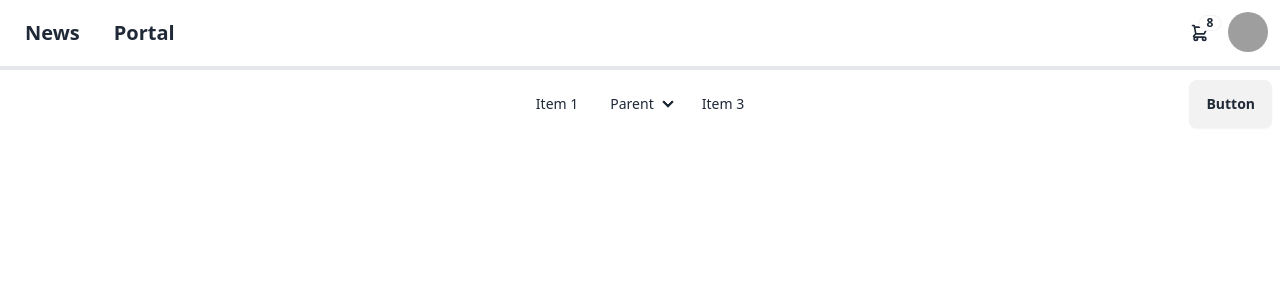
Repository: RudrasahaDibos/news-portal
Page: index.html
These files come from the project's save history. The page is drawn as it stood at one moment and after the next save; the edit follows.
The browser window is 1280 px wide. The pictures show the whole page.
Pictures or frames that could not be fetched are drawn as grey boxes. Some web libraries are served in a nearby version.

Above is the page before, as saved 2024-11-23 14:57:51.

### index.html
<!DOCTYPE html>
<html lang="en">
<head>
    <meta charset="UTF-8">
    <meta name="viewport" content="width=device-width, initial-scale=1.0">
    <title>news_portals</title>
    <!-- tailwinds  -->
    <link href="https://cdn.jsdelivr.net/npm/daisyui@4.12.14/dist/full.min.css" rel="stylesheet" type="text/css" />
    <script src="https://cdn.tailwindcss.com"></script>

</head>
<body class="container mx-auto ">
    <!-- header starts here -->
        <header>
                   <!-- navbar start here -->
                   <div class="navbar bg-base-100 border-b-4">
                    <div class="flex-1">
                      <a class="btn btn-ghost text-xl">News</a>
                      <a class="btn btn-ghost text-xl">Portal</a>
                    </div>
                    <div class="flex-none">
                      <div class="dropdown dropdown-end">
                        <div tabindex="0" role="button" class="btn btn-ghost btn-circle">
                          <div class="indicator">
                            <svg
                              xmlns="http://www.w3.org/2000/svg"
                              class="h-5 w-5"
                              fill="none"
                              viewBox="0 0 24 24"
                              stroke="currentColor">
                              <path
                                stroke-linecap="round"
                                stroke-linejoin="round"
                                stroke-width="2"
                                d="M3 3h2l.4 2M7 13h10l4-8H5.4M7 13L5.4 5M7 13l-2.293 2.293c-.63.63-.184 1.707.707 1.707H17m0 0a2 2 0 100 4 2 2 0 000-4zm-8 2a2 2 0 11-4 0 2 2 0 014 0z" />
                            </svg>
                            <span class="badge badge-sm indicator-item">8</span>
                          </div>
                        </div>
                        <div
                          tabindex="0"
                          class="card card-compact dropdown-content bg-base-100 z-[1] mt-3 w-52 shadow">
                          <div class="card-body">
                            <span class="text-lg font-bold">8 Items</span>
                            <span class="text-info">Subtotal: $999</span>
                            <div class="card-actions">
                              <button class="btn btn-primary btn-block">View cart</button>
                            </div>
                          </div>
                        </div>
                      </div>
                      <div class="dropdown dropdown-end">
                        <div tabindex="0" role="button" class="btn btn-ghost btn-circle avatar">
                          <div class="w-10 rounded-full">
                            <img
                              alt="Tailwind CSS Navbar component"
                              src="https://img.daisyui.com/images/stock/photo-1534528741775-53994a69daeb.webp" />
                          </div>
                        </div>
                        <ul
                          tabindex="0"
                          class="menu menu-sm dropdown-content bg-base-100 rounded-box z-[1] mt-3 w-52 p-2 shadow">
                          <li>
                            <a class="justify-between">
                              Profile
                              <span class="badge">New</span>
                            </a>
                          </li>
                          <li><a>Settings</a></li>
                          <li><a>Logout</a></li>
                        </ul>
                      </div>
                    </div>
                  </div>




                  <!-- 2nd  -->
                  <div class="navbar bg-base-100">
                    <div class="navbar-start">
                      <div class="dropdown">
                        <div tabindex="0" role="button" class="btn btn-ghost lg:hidden">
                          <svg
                            xmlns="http://www.w3.org/2000/svg"
                            class="h-5 w-5"
                            fill="none"
                            viewBox="0 0 24 24"
                            stroke="currentColor">
                            <path
                              stroke-linecap="round"
                              stroke-linejoin="round"
                              stroke-width="2"
                              d="M4 6h16M4 12h8m-8 6h16" />
                          </svg>
                        </div>
                        <ul
                          tabindex="0"
                          class="menu menu-sm dropdown-content bg-base-100 rounded-box z-[1] mt-3 w-52 p-2 shadow">
                          <li><a>Item 1</a></li>
                          <li>
                            <a>Parent</a>
                            <ul class="p-2">
                              <li><a>Submenu 1</a></li>
                              <li><a>Submenu 2</a></li>
                            </ul>
                          </li>
                          <li><a>Item 3</a></li>
                        </ul>
                      </div>

                    </div>
                    <div class="navbar-center hidden lg:flex">
                      <ul class="menu menu-horizontal px-1">
                        <li><a>Item 1</a></li>
                        <li>
                          <details>
                            <summary>Parent</summary>
                            <ul class="p-2">
                              <li><a>Submenu 1</a></li>
                              <li><a>Submenu 2</a></li>
                            </ul>
                          </details>
                        </li>
                        <li><a>Item 3</a></li>
                      </ul>
                    </div>
                    <div class="navbar-end">
                      <a class="btn">Button</a>
                    </div>
                  </div>

                   <!-- navbar end here -->
        </header>
        <!-- header end here -->

        <!-- main is start here -->
         <main>

         </main>
         <!-- main is end here -->
</body>
</html>

After the next save:
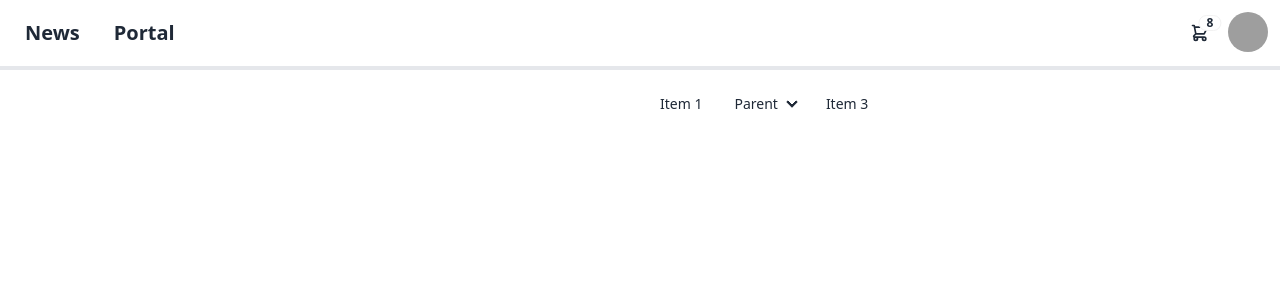
Saved 4 s later.
--- a/index.html
+++ b/index.html
@@ -125,9 +125,7 @@
                         <li><a>Item 3</a></li>
                       </ul>
                     </div>
-                    <div class="navbar-end">
-                      <a class="btn">Button</a>
-                    </div>
+
                   </div>
 
                    <!-- navbar end here -->
